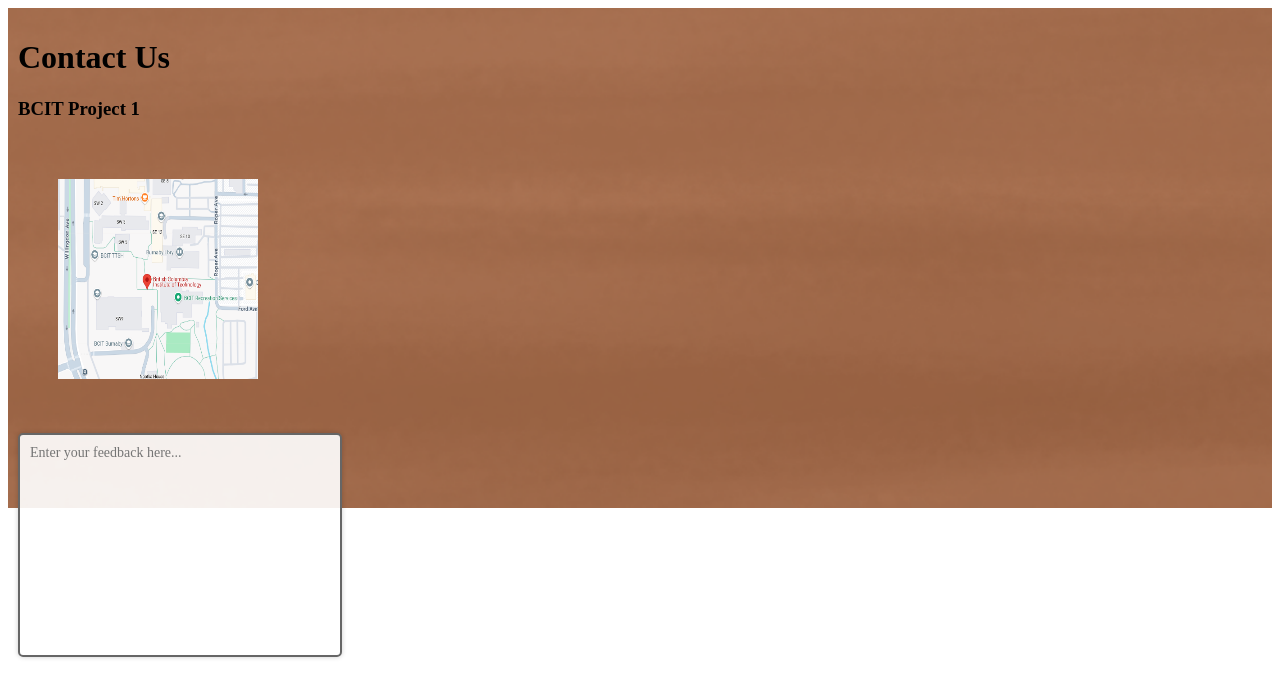
Repository: AlyssaHug/Bandit-Breakout
Page: index.html
The author's editor kept a copy of each file at every save. The page is drawn from the files as they stood at one save, then again after the next save.
The browser window is 1280 px wide. The pictures show the whole page.
The first visible `.feedback-text` has the focus.
Some web fonts or font styles are not loaded; a fallback is used.

Above is the page before, as saved 2025-05-06 23:02:20.

After the next save:
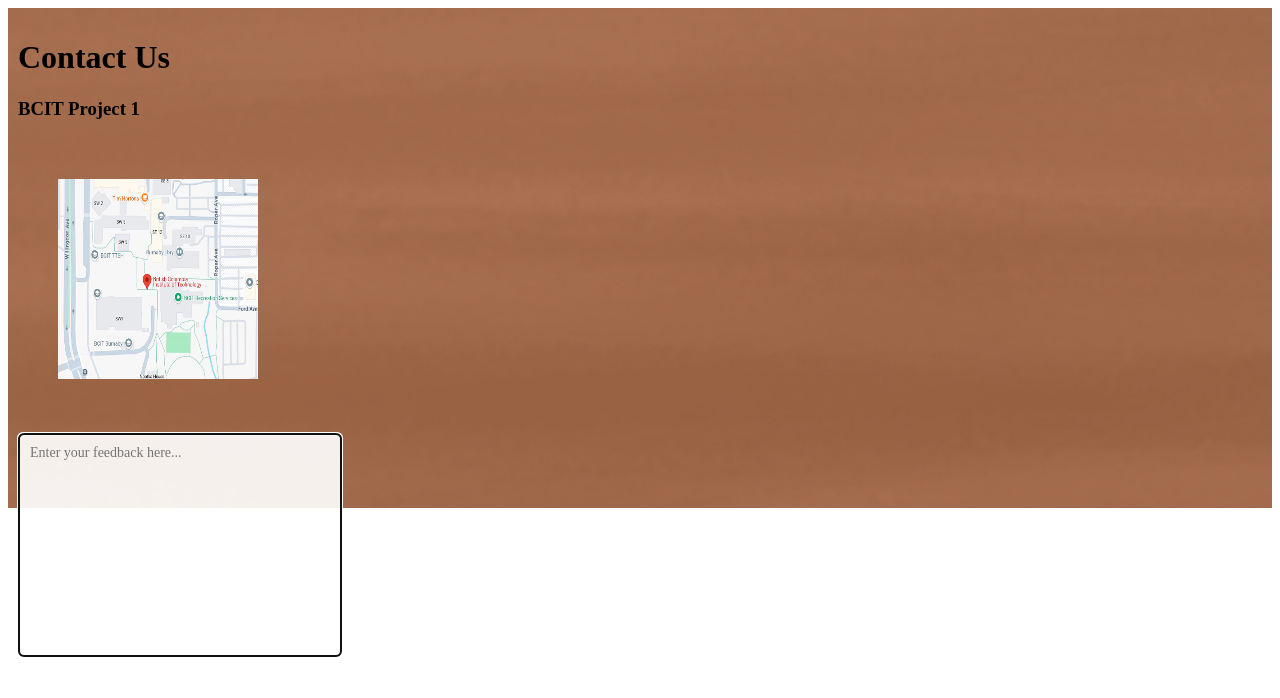
Saved 14 s later.
--- a/styles.css
+++ b/styles.css
@@ -56,9 +56,3 @@ footer {
     resize: none;
     background-color: rgba(255, 255, 255, 0.9);
 }
-
-.feedback-text:focus {
-    outline: none;
-    border-color: #666;
-    box-shadow: 0 0 5px rgba(0, 0, 0, 0.2);
-}
